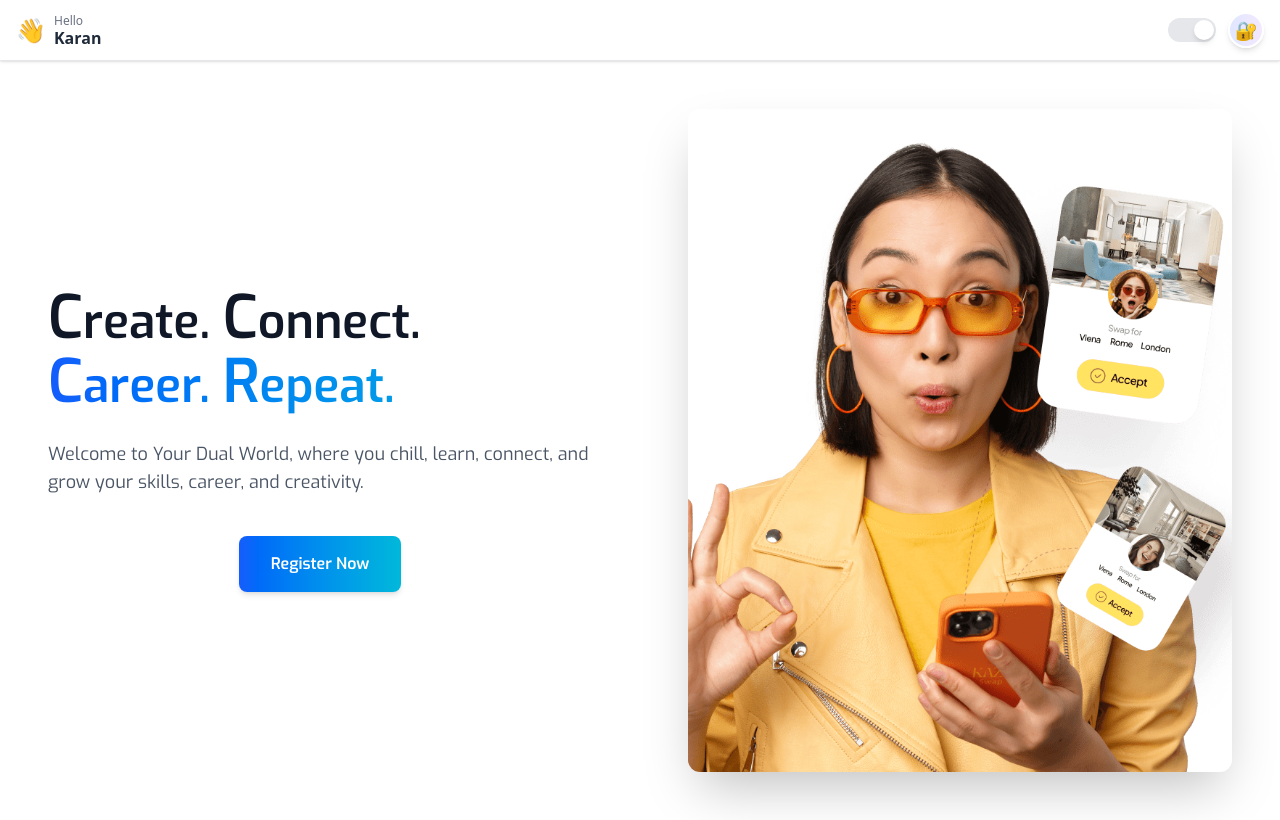
Repository: deepak445566/job
Page: / (app in frontend/)
These files come from the project's save history. The page is drawn as it stood at one moment and after the next save; the edit follows.
The browser window is 1280 px wide. The pictures show the whole page.
The page's requests for data from a server got no answer. Some web fonts or font styles are not loaded; a fallback is used. The project was rebuilt for these pictures with package versions that can differ from the ones it lists, and the page was loaded fresh each time. Some packages were replaced by stand-ins written for this rebuild. No one was signed in, and anything a server would have sent is missing. Also part of the build but not shown: frontend/vite.config.js, frontend/src/Components/auth/Login.jsx, frontend/src/Components/study/StudyDashboard.jsx, frontend/src/Components/chill/ChillDashboard.jsx.

Above is the page before, as saved 2026-02-26 14:16:26.

### frontend/index.html
<!doctype html>
<html lang="en">
  <head>
    <meta charset="UTF-8" />
    <link rel="icon" type="image/svg+xml" href="/vite.svg" />
    <meta name="viewport" content="width=device-width, initial-scale=1.0" />
    <title>frontend</title>
    <link rel="preconnect" href="https://fonts.googleapis.com">
<link rel="preconnect" href="https://fonts.gstatic.com" crossorigin>
<link href="https://fonts.googleapis.com/css2?family=Exo:ital,wght@0,100..900;1,100..900&family=Playfair+Display:ital,wght@0,400..900;1,400..900&display=swap" rel="stylesheet">
  </head>
  <body>
    <div id="root"></div>
    <script type="module" src="/src/main.jsx"></script>
  </body>
</html>

### frontend/src/main.jsx
import { StrictMode } from 'react'
import { createRoot } from 'react-dom/client'
import './index.css'
import App from './App.jsx'
import {BrowserRouter} from 'react-router-dom'
import { AppContextProvider } from './context/AppContextProvider.jsx'




createRoot(document.getElementById('root')).render(
  <BrowserRouter>
  <AppContextProvider>
  <StrictMode>
    <App />
  </StrictMode>
  </AppContextProvider>
  </BrowserRouter>
)

### frontend/src/index.css
@import "tailwindcss";
.exo{
  font-family: "Exo", sans-serif;

  font-style: normal;
}

### frontend/src/App.jsx
import React from "react";
import Login from "./Components/auth/Login";
import { Route, Routes } from "react-router-dom";
import Dashboard from "./Components/Dashboard";
import { useAppContext } from "./context/AppContextProvider";
import Navbar from "./Components/common/Navbar";

function App() {
  const { showLogin } = useAppContext(); // user bhi lein context se

  return (
    <div>
      {/* Navbar hamesha dikhega */}
      <Navbar />

      {/* Login modal - tabhi dikhega jab showLogin true ho */}
      {showLogin && <Login />}

      <Routes>
        <Route path="/" element={<Dashboard />} />
      </Routes>
    </div>
  );
}

export default App;

### frontend/src/context/AppContextProvider.jsx
import { useContext, useEffect, useState } from "react";
import { useNavigate } from "react-router-dom";
import axios from "axios";
import { AppContext } from "./AppContext";
import toast from 'react-hot-toast';

axios.defaults.withCredentials = true;
axios.defaults.baseURL = import.meta.env.VITE_BACKEND_URL;
console.log("Base URL:", import.meta.env.VITE_BACKEND_URL);

export const AppContextProvider = ({ children }) => {
  const navigate = useNavigate();
  const [user, setUser] = useState(null);
  const [mode, setMode] = useState('chill'); // Default 'chill' ya 'study'
  const [showLogin, setShowLogin] = useState(false);
  const [loading, setLoading] = useState(true);

  const fetchUser = async () => {
    try {
      const { data } = await axios.get("/api/auth/isauth");
      if (data.success) {
        setUser(data.user);
        // User login hai toh uski mode fetch karo
        fetchUserMode();
      }
    } catch (error) {
      setUser(null);
    } finally {
      setLoading(false);
    }
  };

  // User ka mode fetch karne ka function
  const fetchUserMode = async () => {
    try {
      const { data } = await axios.get("/api/mode/");
      if (data.success) {
        setMode(data.mode);
      }
    } catch (error) {
      console.log("Error fetching mode:", error);
    }
  };

  // Mode toggle karne ka function
  const toggleMode = async () => {
    if (!user) {
      toast.error("Please login first");
      setShowLogin(true);
      return;
    }

    try {
      const { data } = await axios.put("/api/mode/switch");
      if (data.success) {
        setMode(data.mode);
        toast.success(data.message);
      }
    } catch (error) {
      toast.error(error.response?.data?.message || "Error switching mode");
    }
  };

  useEffect(() => {
    fetchUser();
  }, []);

  return (
    <AppContext.Provider
      value={{
        navigate,
        user,
        setUser,
        axios,
        setShowLogin,
        showLogin,
        mode,
        setMode,
        toggleMode,
        loading
      }}
    >
      {children}
    </AppContext.Provider>
  );
};

export const useAppContext = () => useContext(AppContext);

### frontend/src/Components/Dashboard.jsx
// components/Dashboard.jsx
import React from 'react';
import { useAppContext } from '../context/AppContextProvider';
import StudyDashboard from './study/StudyDashboard';
import ChillDashboard from './chill/ChillDashboard';

function Dashboard() {
  const { mode, user, setShowLogin, loading } = useAppContext();

  // Loading state
  if (loading) {
    return (
      <div className="min-h-screen flex items-center justify-center">
        <div className="text-center">
          <div className="w-16 h-16 border-4 border-blue-500 border-t-transparent rounded-full animate-spin mx-auto mb-4"></div>
          <p className="text-gray-600">Loading dashboard...</p>
        </div>
      </div>
    );
  }

  // Agar user login nahi hai
  if (!user) {
    return (
     <div className="min-h-screen  flex items-center justify-center  exo">

      <div className=" w-full   rounded-2xl overflow-hidden flex flex-col md:flex-row">

        {/* Left side: Text and button */}
        <div className="w-full md:w-1/2 p-5 sm:p-10 lg:p-12 flex flex-col justify-center space-y-6">
          {/* Heading */}
          <h1 className="text-4xl sm:text-5xl font-semibold text-gray-900 leading-tight">
           <span className='text-6xl'>C</span>reate.  <span className='text-6xl'>C</span>onnect.
            <span className="text-transparent bg-clip-text bg-gradient-to-r from-blue-600 to-cyan-500 block ">
             <span className='text-6xl'>C</span>areer.  <span className='text-6xl exo'>R</span>epeat.
            </span>
          </h1>

          {/* Paragraph */}
          <p className="text-lg text-gray-600 ">
           Welcome to Your Dual World, where you chill, learn, connect, and grow your skills, career, and creativity.
          </p>

          {/* Register Now Button */}
          <div className="pt-4 flex justify-center">
            <button onClick={()=>setShowLogin(true)} className="px-8 py-4 bg-gradient-to-r from-blue-600 to-cyan-500 text-white font-semibold rounded-lg shadow-md hover:shadow-lg transform hover:scale-105 transition-all duration-300 ease-in-out focus:outline-none focus:ring-2 focus:ring-blue-400 focus:ring-offset-2">
              Register Now
            </button>
          </div>


        </div>

        {/* Right side: Image */}
        <div className="w-full md:w-1/2  flex items-center justify-center p-3 sm:p-10 lg:p-12">

          <img
            src="/images/m.png"
            alt="Hero visual representing our platform"
            className="w-full h-auto rounded-xl shadow-2xl object-cover transform hover:scale-105 transition-transform duration-500"
          />
        </div>
      </div>
    </div>
    );
  }

  // Mode ke hisaab se dashboard render karo
  return (
    <div className="transition-all duration-500">
      {mode === 'study' ? <StudyDashboard /> : <ChillDashboard />}
    </div>
  );
}

export default Dashboard;

### frontend/src/Components/common/Navbar.jsx
import React, { useState } from "react";
import { useAppContext } from "../../context/AppContextProvider";
import toast from "react-hot-toast";

function Navbar() {
  const { user, setUser, axios, setShowLogin, navigate, mode, toggleMode } =
    useAppContext();
  const [loggingOut, setLoggingOut] = useState(false);
  const [togglingMode, setTogglingMode] = useState(false);
  const [showProfileMenu, setShowProfileMenu] = useState(false);

  const handleLogout = async () => {
    try {
      setLoggingOut(true);
      const { data } = await axios.post("/api/auth/logout");
      if (data.success) {
        setUser(null);
        setShowLogin(true);
        toast.success("Logged out successfully");
        navigate("/");
      } else {
        toast.error(data.message || "Logout failed");
      }
    } catch (error) {
      toast.error(error.response?.data?.message || "Error logging out");
    } finally {
      setLoggingOut(false);
      setShowProfileMenu(false);
    }
  };

  const handleToggleMode = async () => {
    try {
      setTogglingMode(true);
      await toggleMode();
    } catch (error) {
      console.error("Error toggling mode:", error);
    } finally {
      setTogglingMode(false);
    }
  };

  const handleProfileClick = () => {
    if (user) {
      setShowProfileMenu(!showProfileMenu);
    } else {
      setShowLogin(true);
    }
  };

  return (
    <nav className="bg-white px-4 py-3 shadow-sm border-b border-gray-200 sticky top-0 z-50">
      <div className="flex justify-between items-center">
        {/* Left Side - Emoji + Hello + Name */}
        <div className="flex items-center gap-2">
          <span className="text-2xl" role="img" aria-label="wave">
            👋
          </span>
          <div className="flex flex-col">
            <span className="text-xs text-gray-500 leading-tight">Hello</span>
            <span className="text-base font-semibold text-gray-800 leading-tight">
              {user?.username || user?.email?.split('@')[0] || 'Karan'}
            </span>
          </div>
        </div>

        {/* Right Side - Toggle Button and Profile */}
        <div className="flex items-center gap-3">
          {/* Mode Toggle Button */}
          <button
            onClick={handleToggleMode}
            disabled={togglingMode || !user}
            className={`relative w-12 h-6 rounded-full transition-colors duration-300 ${
              user
                ? mode === 'study'
                  ? 'bg-indigo-500'
                  : 'bg-emerald-500'
                : 'bg-gray-200 cursor-not-allowed'
            }`}
            title={!user ? "Login to switch mode" : `Switch to ${mode === 'study' ? 'Chill' : 'Study'}`}
          >
            <span
              className={`absolute top-0.5 left-0.5 w-5 h-5 bg-white rounded-full shadow-md transform transition-transform duration-300 ${
                mode === 'chill' ? 'translate-x-6' : ''
              }`}
            />
          </button>

          {/* Profile Icon - Click to show login/logout */}
          <div className="relative">
            <button
              onClick={handleProfileClick}
              className="w-9 h-9 bg-gradient-to-r from-indigo-100 to-purple-100 rounded-full flex items-center justify-center border-2 border-white shadow-md"
            >
              <span className="text-lg" role="img" aria-label="profile">
                {user ? '👤' : '🔐'}
              </span>
            </button>

            {/* Profile Menu - Shows when clicking profile */}
            {showProfileMenu && user && (
              <>
                {/* Backdrop */}
                <div
                  className="fixed inset-0 z-40"
                  onClick={() => setShowProfileMenu(false)}
                />

                {/* Menu Dropdown */}
                <div className="absolute right-0 mt-2 w-40 bg-white rounded-xl shadow-lg border border-gray-200 z-50 overflow-hidden">
                  <div className="p-3 border-b border-gray-100">
                    <p className="text-xs text-gray-500">Logged in as</p>
                    <p className="text-sm font-medium text-gray-800 truncate">
                      {user.username || user.email}
                    </p>
                  </div>

                  <button
                    onClick={handleLogout}
                    disabled={loggingOut}
                    className="w-full px-4 py-3 text-left hover:bg-gray-50 transition-colors flex items-center gap-2 text-red-500"
                  >
                    <span className="text-base">🚪</span>
                    <span className="text-sm font-medium flex-1">
                      {loggingOut ? "Logging out..." : "Logout"}
                    </span>
                    {loggingOut && (
                      <span className="w-4 h-4 border-2 border-red-500 border-t-transparent rounded-full animate-spin" />
                    )}
                  </button>
                </div>
              </>
            )}
          </div>
        </div>
      </div>
    </nav>
  );
}

export default Navbar;

Loaded but not shown: frontend/src/context/AppContext.jsx (common file)

After the next save:
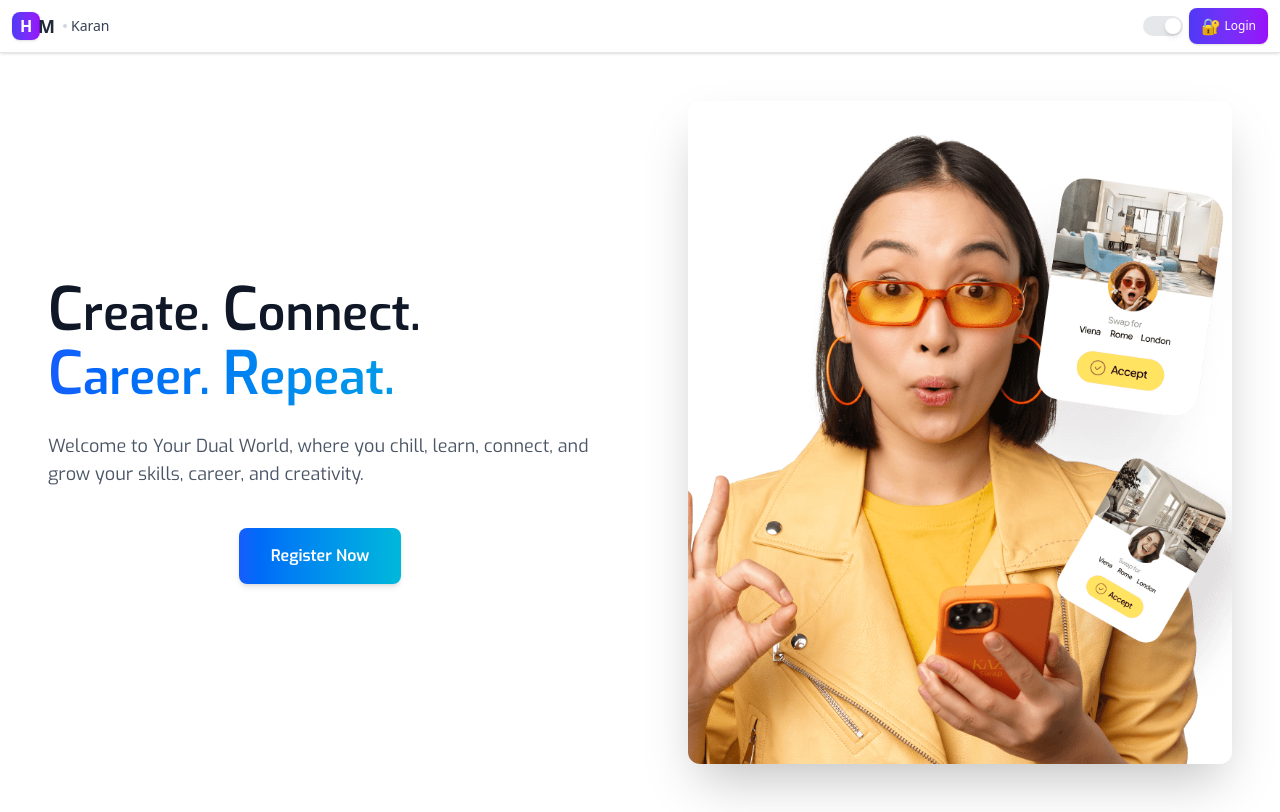
Saved 9 s later.
--- a/frontend/src/Components/common/Navbar.jsx
+++ b/frontend/src/Components/common/Navbar.jsx
@@ -7,7 +7,6 @@ function Navbar() {
     useAppContext();
   const [loggingOut, setLoggingOut] = useState(false);
   const [togglingMode, setTogglingMode] = useState(false);
-  const [showProfileMenu, setShowProfileMenu] = useState(false);
 
   const handleLogout = async () => {
     try {
@@ -25,7 +24,6 @@ function Navbar() {
       toast.error(error.response?.data?.message || "Error logging out");
     } finally {
       setLoggingOut(false);
-      setShowProfileMenu(false);
     }
   };
 
@@ -40,37 +38,38 @@ function Navbar() {
     }
   };
 
-  const handleProfileClick = () => {
-    if (user) {
-      setShowProfileMenu(!showProfileMenu);
-    } else {
-      setShowLogin(true);
-    }
-  };
+  return (
+    <nav className="bg-white px-3 py-2 shadow-sm border-b border-gray-200 sticky top-0 z-50">
+      <div className="flex justify-between items-center">
+        {/* Left Side - Logo and Username */}
+        <div className="flex items-center gap-2">
+          {/* HM Logo */}
+          <div
+            className="flex items-center gap-0 cursor-pointer"
+            onClick={() => navigate("/")}
+          >
+            <div className="w-7 h-7 bg-gradient-to-r from-indigo-600 to-purple-600 rounded-lg flex items-center justify-center shadow-sm">
+              <span className="text-white font-bold text-base">H</span>
+            </div>
+            <span className="text-gray-800 font-bold text-lg -ml-0.5">M</span>
+          </div>
 
-  return (
-    <nav className="bg-white px-4 py-3 shadow-sm border-b border-gray-200 sticky top-0 z-50">
-      <div className="flex justify-between items-center">
-        {/* Left Side - Emoji + Hello + Name */}
-        <div className="flex items-center gap-2">
-          <span className="text-2xl" role="img" aria-label="wave">
-            👋
-          </span>
-          <div className="flex flex-col">
-            <span className="text-xs text-gray-500 leading-tight">Hello</span>
-            <span className="text-base font-semibold text-gray-800 leading-tight">
-              {user?.username || user?.email?.split('@')[0] || 'Karan'}
+          {/* Username - Always show Karan */}
+          <div className="flex items-center gap-1">
+            <div className="w-1 h-1 bg-gray-300 rounded-full"></div>
+            <span className="text-gray-700 font-medium text-sm">
+              Karan
             </span>
           </div>
         </div>
 
-        {/* Right Side - Toggle Button and Profile */}
-        <div className="flex items-center gap-3">
-          {/* Mode Toggle Button */}
+        {/* Right Side - Mode Toggle and Auth */}
+        <div className="flex items-center gap-1.5">
+          {/* Mode Toggle - Simplified */}
           <button
             onClick={handleToggleMode}
             disabled={togglingMode || !user}
-            className={`relative w-12 h-6 rounded-full transition-colors duration-300 ${
+            className={`relative w-10 h-5 rounded-full transition-colors duration-300 ${
               user
                 ? mode === 'study'
                   ? 'bg-indigo-500'
@@ -80,58 +79,40 @@ function Navbar() {
             title={!user ? "Login to switch mode" : `Switch to ${mode === 'study' ? 'Chill' : 'Study'}`}
           >
             <span
-              className={`absolute top-0.5 left-0.5 w-5 h-5 bg-white rounded-full shadow-md transform transition-transform duration-300 ${
-                mode === 'chill' ? 'translate-x-6' : ''
+              className={`absolute top-0.5 left-0.5 w-4 h-4 bg-white rounded-full shadow-md transform transition-transform duration-300 ${
+                mode === 'chill' ? 'translate-x-5' : ''
               }`}
             />
           </button>
 
-          {/* Profile Icon - Click to show login/logout */}
-          <div className="relative">
+          {/* Auth Buttons */}
+          {user ? (
             <button
-              onClick={handleProfileClick}
-              className="w-9 h-9 bg-gradient-to-r from-indigo-100 to-purple-100 rounded-full flex items-center justify-center border-2 border-white shadow-md"
+              onClick={handleLogout}
+              disabled={loggingOut}
+              className="relative"
             >
-              <span className="text-lg" role="img" aria-label="profile">
-                {user ? '👤' : '🔐'}
-              </span>
+              <div className="relative bg-white border border-gray-200 hover:bg-gray-50 rounded-lg px-3 py-1.5 shadow-sm transition-all flex items-center gap-1">
+                <span className="text-red-500 text-base">🚪</span>
+                <span className="text-gray-700 text-sm font-medium">
+                  {loggingOut ? "..." : "Exit"}
+                </span>
+                {loggingOut && (
+                  <span className="w-3 h-3 border-2 border-red-500 border-t-transparent rounded-full animate-spin" />
+                )}
+              </div>
             </button>
-
-            {/* Profile Menu - Shows when clicking profile */}
-            {showProfileMenu && user && (
-              <>
-                {/* Backdrop */}
-                <div
-                  className="fixed inset-0 z-40"
-                  onClick={() => setShowProfileMenu(false)}
-                />
-
-                {/* Menu Dropdown */}
-                <div className="absolute right-0 mt-2 w-40 bg-white rounded-xl shadow-lg border border-gray-200 z-50 overflow-hidden">
-                  <div className="p-3 border-b border-gray-100">
-                    <p className="text-xs text-gray-500">Logged in as</p>
-                    <p className="text-sm font-medium text-gray-800 truncate">
-                      {user.username || user.email}
-                    </p>
-                  </div>
-
-                  <button
-                    onClick={handleLogout}
-                    disabled={loggingOut}
-                    className="w-full px-4 py-3 text-left hover:bg-gray-50 transition-colors flex items-center gap-2 text-red-500"
-                  >
-                    <span className="text-base">🚪</span>
-                    <span className="text-sm font-medium flex-1">
-                      {loggingOut ? "Logging out..." : "Logout"}
-                    </span>
-                    {loggingOut && (
-                      <span className="w-4 h-4 border-2 border-red-500 border-t-transparent rounded-full animate-spin" />
-                    )}
-                  </button>
-                </div>
-              </>
-            )}
-          </div>
+          ) : (
+            <button
+              onClick={() => setShowLogin(true)}
+              className="relative"
+            >
+              <div className="relative bg-gradient-to-r from-indigo-600 to-purple-600 hover:from-indigo-700 hover:to-purple-700 rounded-lg px-3 py-1.5 shadow-sm transition-all flex items-center gap-1">
+                <span className="text-white text-base">🔐</span>
+                <span className="text-white text-xs font-medium">Login</span>
+              </div>
+            </button>
+          )}
         </div>
       </div>
     </nav>
